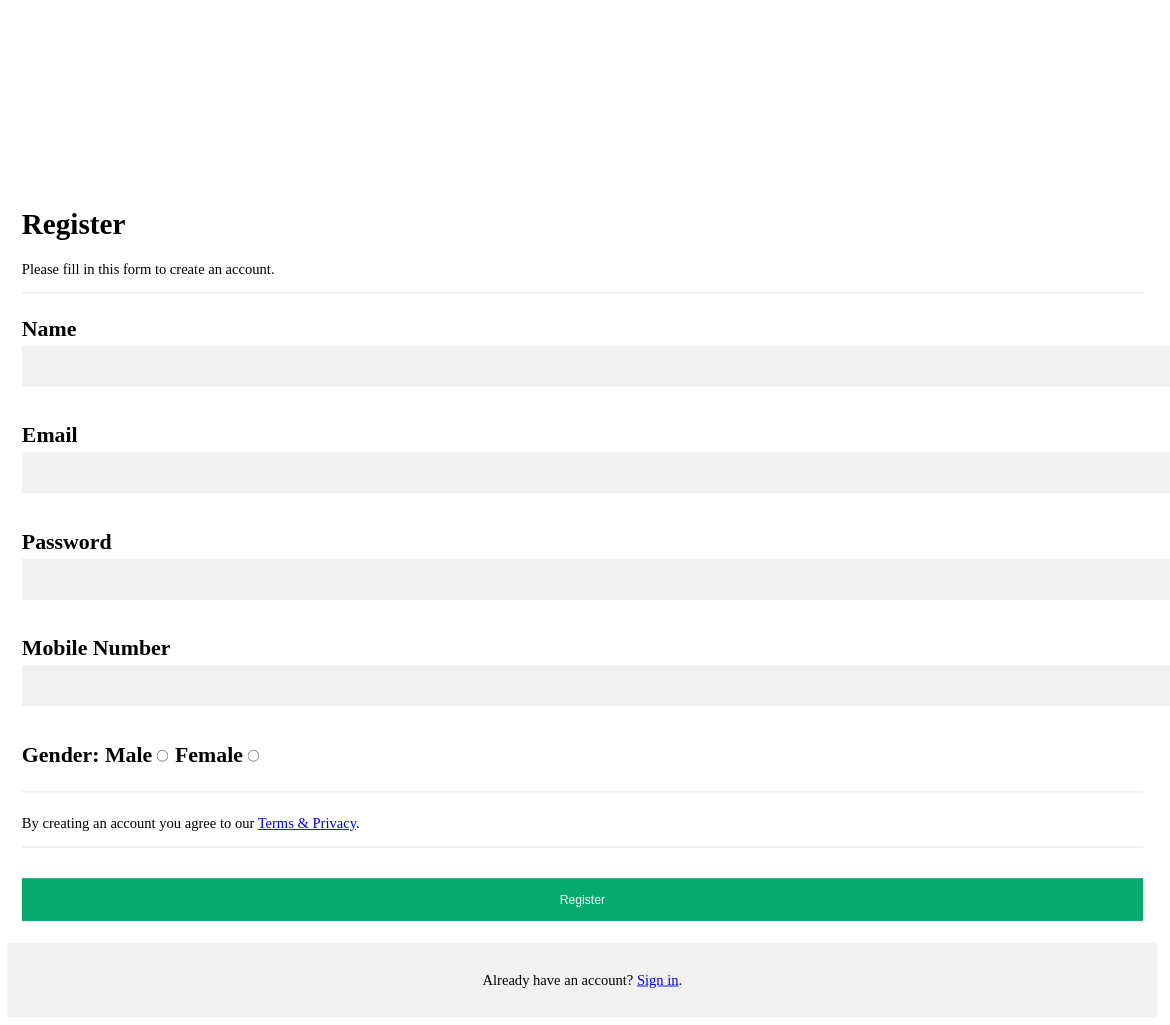
Repository: pavani122/Ecommerce
Page: http://localhost/Ecommerce/WEB-INF/view/register.jsp
The author's editor kept a copy of each file at every save. The page is drawn from the files as they stood at one save, then again after the next save.
The browser window is 1280 px wide. The page is 1286 px wide, so the pictures cover 1286 px, including what lies to the right of the window. The pictures show the whole page, at 91% of full size.
The page is served by Tomcat 9. Nobody is signed in. Other server files are loaded and not shown. The template is opened directly, without the code that normally fills it, so the values that code supplies are empty.

Above is the page before, as saved 2022-09-01 13:08:56.

### Ecommerce/src/main/webapp/WEB-INF/view/register.jsp
<%@ page language="java" contentType="text/html; charset=ISO-8859-1"
    pageEncoding="ISO-8859-1"%>
<%@ taglib prefix="form" uri="http://www.springframework.org/tags/form" %>
<%@page isELIgnored="false" %>



<!DOCTYPE html>
<html>
<head>
<meta charset="ISO-8859-1">
<title>register</title>
</head>
<style>
.register{
text-align: center;
}
.container {
  padding: 16px;
  background-color: white;
}
hr {
  border: 1px solid #f1f1f1;
  margin-bottom: 25px;
}
input[type=text], input[type=password] {
  width: 100%;
  padding: 15px;
  margin: 5px 0 22px 0;
  display: inline-block;
  border: none;
  background: #f1f1f1;
}
input[type=text]:focus, input[type=password]:focus {
  background-color: #ddd;
  outline: none;
}
input[type=submit]
{
border: none;
padding: 15px;
text-align: center;
background-color: #04AA6D;
  color: white;
  padding: 16px 20px;
  margin: 8px 0;
  border: none;
  cursor: pointer;
  width: 100%;
}

#fields{
font-size: x-large;
text-align: left;
}
.signin {
  background-color: #f1f1f1;
  text-align: center;
}
</style>
<body>
<h1>
${message }<br><br>
${notRegistered }<br><br></h1>


<form:form action="registered" modelAttribute="person">
<div class="container">
<h1>Register</h1>
    <p>Please fill in this form to create an account.</p>
    <hr>
<label id="fields"><b>Name</b></label><form:input path="name"/><br><br>
<label id="fields"><b>Email</b></label><form:input path="email"/><br><br>
<label id="fields"><b>Password</b></label><form:password path="password"/><br><br>
<label id="fields"><b>Mobile Number</b></label><form:input path="number"/><br><br>
<label id="fields"><b>Gender: </b></label>
<label id="fields"><b>Male</b></label><form:radiobutton path="gender" value="male"/>
<label id="fields"><b>Female</b></label><form:radiobutton path="gender" value="female"/>
<br><br><hr>
 <p>By creating an account you agree to our <a href="#">Terms & Privacy</a>.</p><hr>
<input type="submit" value="Register">
</div>

 <div class="container signin">
    <p>Already have an account? <a href="/Ecommerce/login">Sign in</a>.</p>
  </div>
</form:form>


</body>
</html>

After the next save:
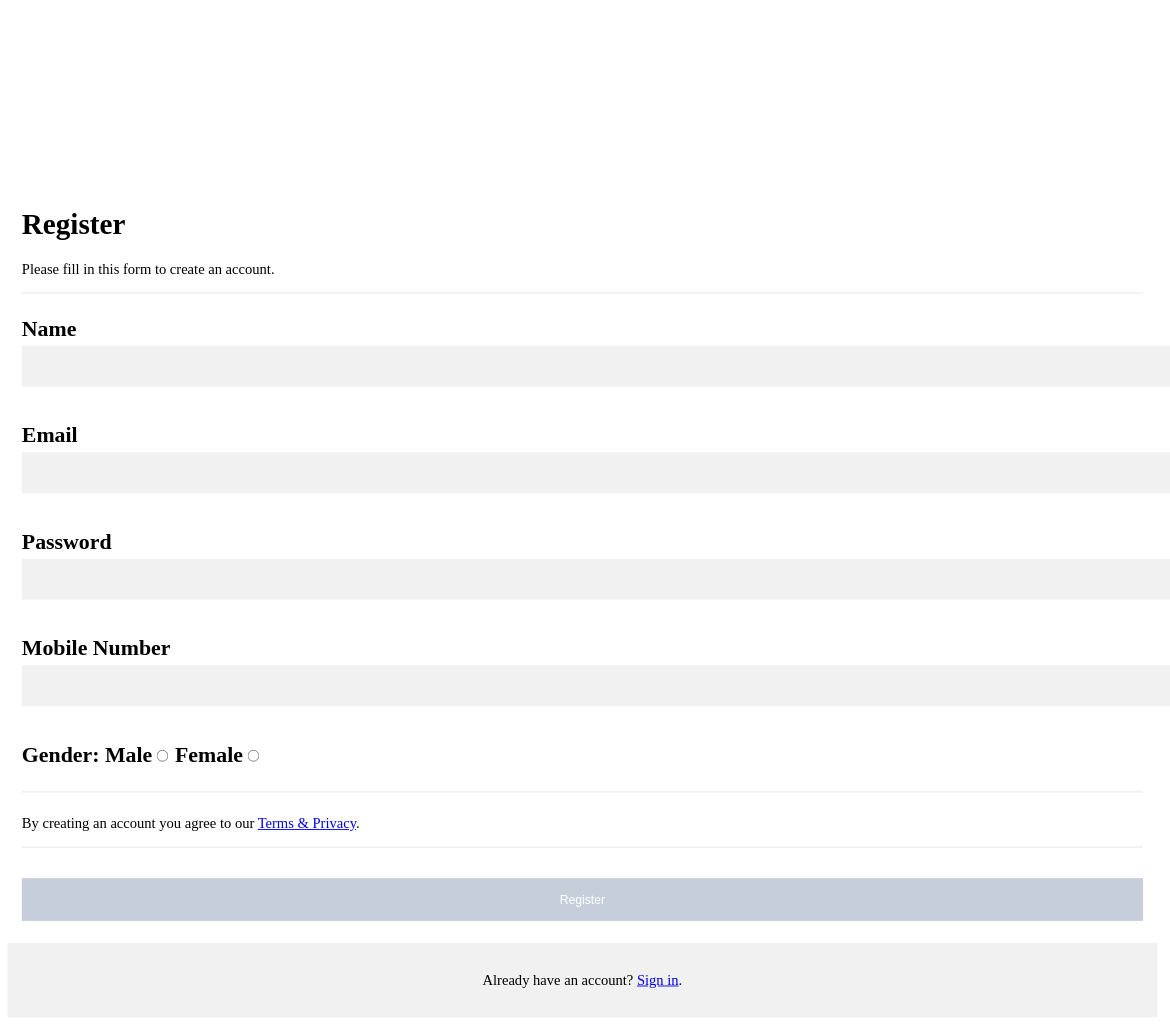
Saved 64 s later.
--- a/Ecommerce/src/main/webapp/WEB-INF/view/register.jsp
+++ b/Ecommerce/src/main/webapp/WEB-INF/view/register.jsp
@@ -40,7 +40,7 @@ input[type=submit]
 border: none;
 padding: 15px;
 text-align: center;
-background-color: #04AA6D;
+background-color: #c7cedb;
   color: white;
   padding: 16px 20px;
   margin: 8px 0;
